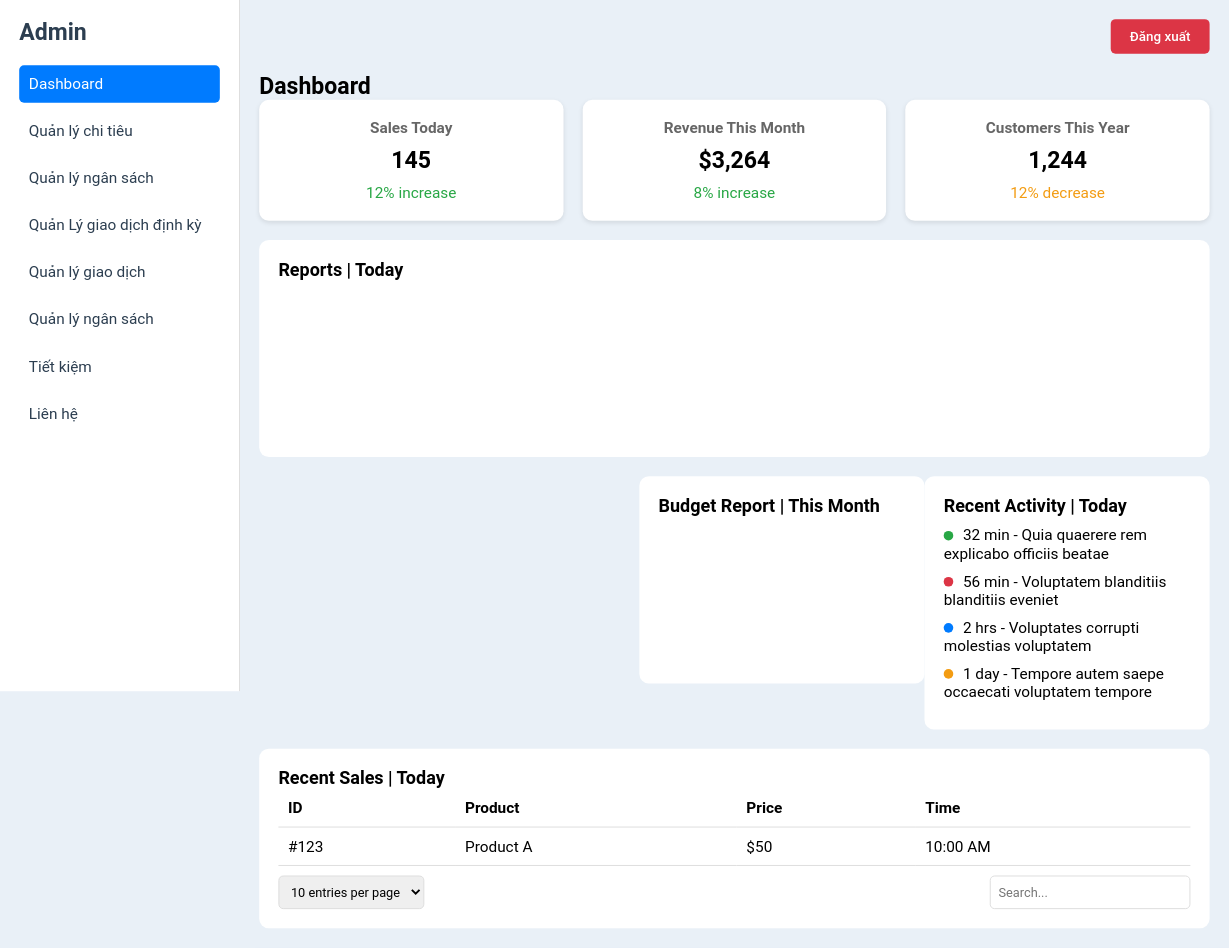
Repository: PhanVanHoa051204/Project3
Page: http://localhost/Project3/dashboard.jsp
An editor plug-in stored every save of this project. The page is shown before and after the next save, followed by the edit.
The browser window is 1280 px wide. The pictures show the whole page, at 96% of full size.
The page is served by Tomcat 9. Other server files are loaded and not shown.

Above is the page before, as saved 2025-03-12 14:03:01.
Console error: ReferenceError: Chart is not defined

### PhanVanHoa_2210900023_K22CNT1/Project3/src/main/webapp/dashboard.jsp
<%@ page language="java" contentType="text/html; charset=UTF-8"
	pageEncoding="UTF-8"%>
<!DOCTYPE html>
<html lang="en">
<head>
<meta charset="UTF-8">
<meta name="viewport" content="width=device-width, initial-scale=1.0">
<title>Admin</title>
<link rel="stylesheet" href="style.css">

</head>
<body>
	<div class="container">
		<!-- Sidebar -->
		<div class="sidebar">
			<div class="logo">Admin</div>
			<ul>
				<li class="active"><a href="#">Dashboard</a></li>
				<li><a href="#">Quản lý chi tiêu</a></li>
				<li><a href="#">Quản lý ngân sách</a></li>
				<li><a href="#">Quản Lý giao dịch định kỳ</a></li>
				<li><a href="#">Quản lý giao dịch</a></li>
				<li><a href="#">Quản lý ngân sách</a></li>
				<li><a href="#">Tiết kiệm</a></li>
				<li><a href="#">Liên hệ</a></li>

			</ul>
		</div>

		<!-- Main Content -->
		<div class="main-content">
			<header>
				 <div class="">
					<!-- <input type="" placeholder=""> -->
				</div>
				<div class="submit-section">
					<a href="login.jsp" class="logout-btn">Đăng xuất</a>
				</div>
			</header>

			<!-- Dashboard Content -->
			<div class="dashboard-content">
				<h2>Dashboard</h2>

				<!-- Top Cards -->
				<div class="cards">
					<div class="card">
						<h3>Sales Today</h3>
						<p>145</p>
						<span class="increase">12% increase</span>
					</div>
					<div class="card">
						<h3>Revenue This Month</h3>
						<p>$3,264</p>
						<span class="increase">8% increase</span>
					</div>
					<div class="card">
						<h3>Customers This Year</h3>
						<p>1,244</p>
						<span class="decrease">12% decrease</span>
					</div>
				</div>

				<!-- Reports Chart -->
				<div class="chart-section">
					<h3>Reports | Today</h3>
					<canvas id="reportsChart"></canvas>
				</div>

				<!-- Recent Activity -->
				<div class="recent-activity">
					<h3>Recent Activity | Today</h3>
					<ul>
						<li><span class="dot green"></span>32 min - Quia quaerere rem
							explicabo officiis beatae</li>
						<li><span class="dot red"></span>56 min - Voluptatem
							blanditiis blanditiis eveniet</li>
						<li><span class="dot blue"></span>2 hrs - Voluptates corrupti
							molestias voluptatem</li>
						<li><span class="dot yellow"></span>1 day - Tempore autem
							saepe occaecati voluptatem tempore</li>
					</ul>
				</div>

				<!-- Budget Report -->
				<div class="budget-report">
					<h3>Budget Report | This Month</h3>
					<canvas id="budgetChart"></canvas>
				</div>

				<!-- Recent Sales -->
				<div class="recent-sales">
					<h3>Recent Sales | Today</h3>
					<table>
						<thead>
							<tr>
								<th>ID</th>
								<th>Product</th>
								<th>Price</th>
								<th>Time</th>
							</tr>
						</thead>
						<tbody>
							<tr>
								<td>#123</td>
								<td>Product A</td>
								<td>$50</td>
								<td>10:00 AM</td>
							</tr>
							<!-- Thêm dữ liệu mẫu -->
						</tbody>
					</table>
					<div class="table-footer">
						<select>
							<option>10 entries per page</option>
						</select> <input type="text" placeholder="Search...">
					</div>
				</div>
			</div>
		</div>
	</div>

	<!-- JavaScript để vẽ biểu đồ -->
	<script>
		// Reports Chart
		const ctx1 = document.getElementById('reportsChart').getContext('2d');
		new Chart(ctx1, {
			type : 'line',
			data : {
				labels : [ '00:00', '01:00', '02:00', '03:00', '04:00',
						'05:00', '06:00' ],
				datasets : [ {
					label : 'Sales',
					data : [ 20, 40, 30, 60, 50, 40, 30 ],
					borderColor : '#007BFF',
					fill : false
				}, {
					label : 'Revenue',
					data : [ 10, 30, 50, 40, 30, 20, 10 ],
					borderColor : '#28A745',
					fill : false
				}, {
					label : 'Customers',
					data : [ 30, 20, 25, 35, 20, 15, 10 ],
					borderColor : '#F39C12',
					fill : false
				} ]
			},
			options : {
				scales : {
					y : {
						beginAtZero : true
					}
				}
			}
		});

		// Budget Chart (Radar)
		const ctx2 = document.getElementById('budgetChart').getContext('2d');
		new Chart(ctx2, {
			type : 'radar',
			data : {
				labels : [ 'Administration', 'Marketing', 'Development',
						'on Technology' ],
				datasets : [ {
					label : 'Allocated Budget',
					data : [ 65, 59, 90, 81 ],
					backgroundColor : 'rgba(0, 123, 255, 0.2)',
					borderColor : '#007BFF'
				}, {
					label : 'Actual Spending',
					data : [ 28, 48, 40, 19 ],
					backgroundColor : 'rgba(40, 167, 69, 0.2)',
					borderColor : '#28A745'
				} ]
			}
		});
	</script>
</body>
</html>

### PhanVanHoa_2210900023_K22CNT1/Project3/src/main/webapp/style.css
* {
    margin: 0;
    padding: 0;
    box-sizing: border-box;
    font-family: 'Roboto', sans-serif;
}

body {
    background-color: #E9F0F7;
}

.container {
    display: flex;
}

/* Sidebar */
.sidebar {
    width: 250px;
    background-color: #fff;
    padding: 20px;
    height: 100vh;
    border-right: 1px solid #ddd;
}

.logo {
    font-size: 24px;
    font-weight: bold;
    color: #2C3E50;
    margin-bottom: 20px;
}

.sidebar ul {
    list-style: none;
}

.sidebar ul li {
    margin: 10px 0;
}

.sidebar ul li a {
    text-decoration: none;
    color: #2C3E50;
    display: block;
    padding: 10px;
    border-radius: 5px;
}

.sidebar ul li.active a {
    background-color: #007BFF;
    color: #fff;
}

/* Main Content */
.main-content {
    flex: 1;
    padding: 20px;
}

header {
    display: flex;
    justify-content: space-between;
    align-items: center;
    margin-bottom: 20px;
}

.submit-section {
    display: flex;
    align-items: center;
}

/* Định dạng nút Đăng xuất */
.logout-btn {
    text-decoration: none;
    color: #fff;
    background-color: #DC3545; /* Màu đỏ cho nút Đăng xuất */
    padding: 10px 20px;
    border-radius: 5px;
    transition: background-color 0.3s;
    font-size: 14px;
    font-weight: 500;
    display: inline-block;
}

.logout-btn:hover {
    background-color: #C82333; /* Màu đỏ đậm hơn khi hover */
}

.logout-btn:focus {
    outline: none;
    box-shadow: 0 0 5px rgba(220, 53, 69, 0.5);
}

.search-bar input {
    padding: 8px;
    border: 1px solid #ddd;
    border-radius: 5px;
    width: 300px;
}

.user-info {
    display: flex;
    align-items: center;
}

.user-info span {
    margin-right: 10px;
}

.avatar {
    width: 40px;
    height: 40px;
    border-radius: 50%;
}

/* Cards */
.cards {
    display: flex;
    gap: 20px;
    margin-bottom: 20px;
}

.card {
    background-color: #fff;
    padding: 20px;
    border-radius: 10px;
    flex: 1;
    text-align: center;
    box-shadow: 0 2px 5px rgba(0, 0, 0, 0.1);
}

.card h3 {
    font-size: 16px;
    color: #666;
}

.card p {
    font-size: 24px;
    font-weight: bold;
    margin: 10px 0;
}

.increase {
    color: #28A745;
}

.decrease {
    color: #F39C12;
}

/* Chart Section */
.chart-section {
    background-color: #fff;
    padding: 20px;
    border-radius: 10px;
    margin-bottom: 20px;
}

.chart-section h3 {
    margin-bottom: 10px;
}

/* Recent Activity */
.recent-activity {
    background-color: #fff;
    padding: 20px;
    border-radius: 10px;
    margin-bottom: 20px;
    width: 30%;
    float: right;
}

.recent-activity ul {
    list-style: none;
}

.recent-activity li {
    margin: 10px 0;
}

.dot {
    display: inline-block;
    width: 10px;
    height: 10px;
    border-radius: 50%;
    margin-right: 10px;
}

.green { background-color: #28A745; }
.red { background-color: #DC3545; }
.blue { background-color: #007BFF; }
.yellow { background-color: #F39C12; }

/* Budget Report */
.budget-report {
    background-color: #fff;
    padding: 20px;
    border-radius: 10px;
    width: 30%;
    float: right;
    margin-bottom: 20px;
}

/* Recent Sales */
.recent-sales {
    background-color: #fff;
    padding: 20px;
    border-radius: 10px;
    clear: both;
}

.recent-sales table {
    width: 100%;
    border-collapse: collapse;
}

.recent-sales th, .recent-sales td {
    padding: 10px;
    text-align: left;
    border-bottom: 1px solid #ddd;
}

.table-footer {
    display: flex;
    justify-content: space-between;
    margin-top: 10px;
}

.table-footer select, .table-footer input {
    padding: 8px;
    border: 1px solid #ddd;
    border-radius: 5px;
}

After the next save:
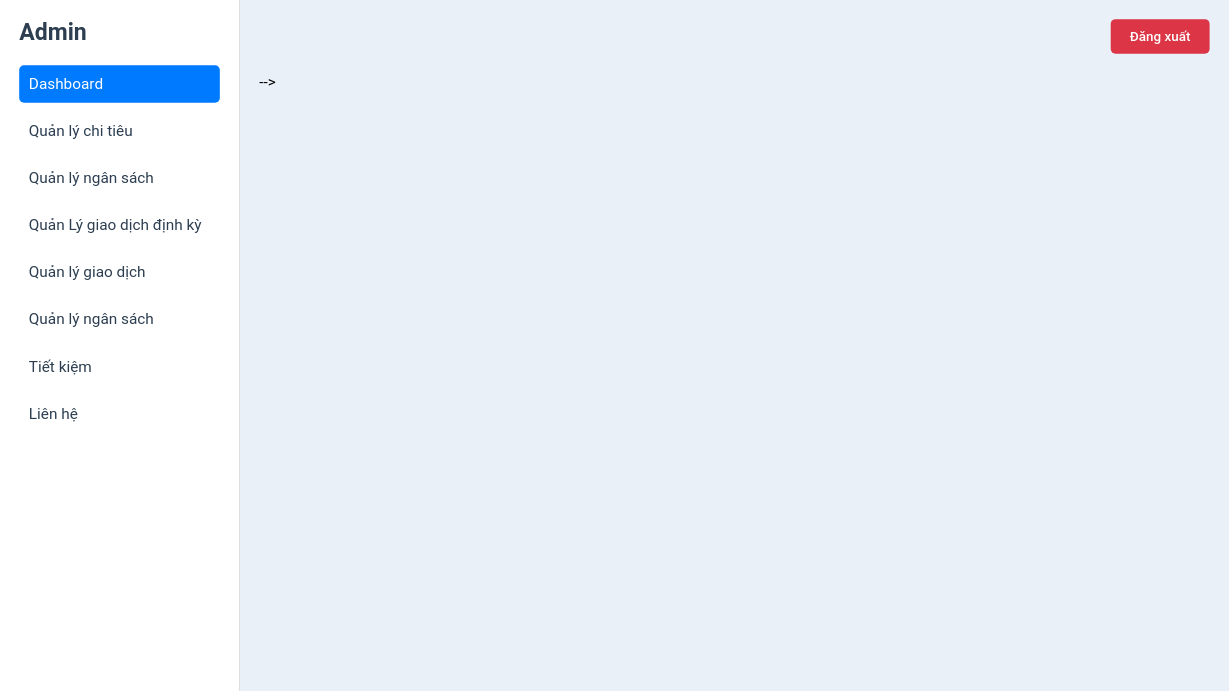
Console error: TypeError: Cannot read properties of null (reading 'getContext')
Saved 77 s later.
--- a/PhanVanHoa_2210900023_K22CNT1/Project3/src/main/webapp/dashboard.jsp
+++ b/PhanVanHoa_2210900023_K22CNT1/Project3/src/main/webapp/dashboard.jsp
@@ -38,11 +38,11 @@
 				</div>
 			</header>
 
-			<!-- Dashboard Content -->
-			<div class="dashboard-content">
+			<!-- <!-- Dashboard Content -->
+			<!-- <div class="dashboard-content">
 				<h2>Dashboard</h2>
 
-				<!-- Top Cards -->
+				Top Cards
 				<div class="cards">
 					<div class="card">
 						<h3>Sales Today</h3>
@@ -61,13 +61,13 @@
 					</div>
 				</div>
 
-				<!-- Reports Chart -->
+				Reports Chart
 				<div class="chart-section">
 					<h3>Reports | Today</h3>
 					<canvas id="reportsChart"></canvas>
 				</div>
 
-				<!-- Recent Activity -->
+				Recent Activity
 				<div class="recent-activity">
 					<h3>Recent Activity | Today</h3>
 					<ul>
@@ -82,13 +82,13 @@
 					</ul>
 				</div>
 
-				<!-- Budget Report -->
+				Budget Report
 				<div class="budget-report">
 					<h3>Budget Report | This Month</h3>
 					<canvas id="budgetChart"></canvas>
 				</div>
 
-				<!-- Recent Sales -->
+				Recent Sales
 				<div class="recent-sales">
 					<h3>Recent Sales | Today</h3>
 					<table>
@@ -107,7 +107,7 @@
 								<td>$50</td>
 								<td>10:00 AM</td>
 							</tr>
-							<!-- Thêm dữ liệu mẫu -->
+							Thêm dữ liệu mẫu
 						</tbody>
 					</table>
 					<div class="table-footer">
@@ -117,7 +117,7 @@
 					</div>
 				</div>
 			</div>
-		</div>
+		</div> --> -->
 	</div>
 
 	<!-- JavaScript để vẽ biểu đồ -->
